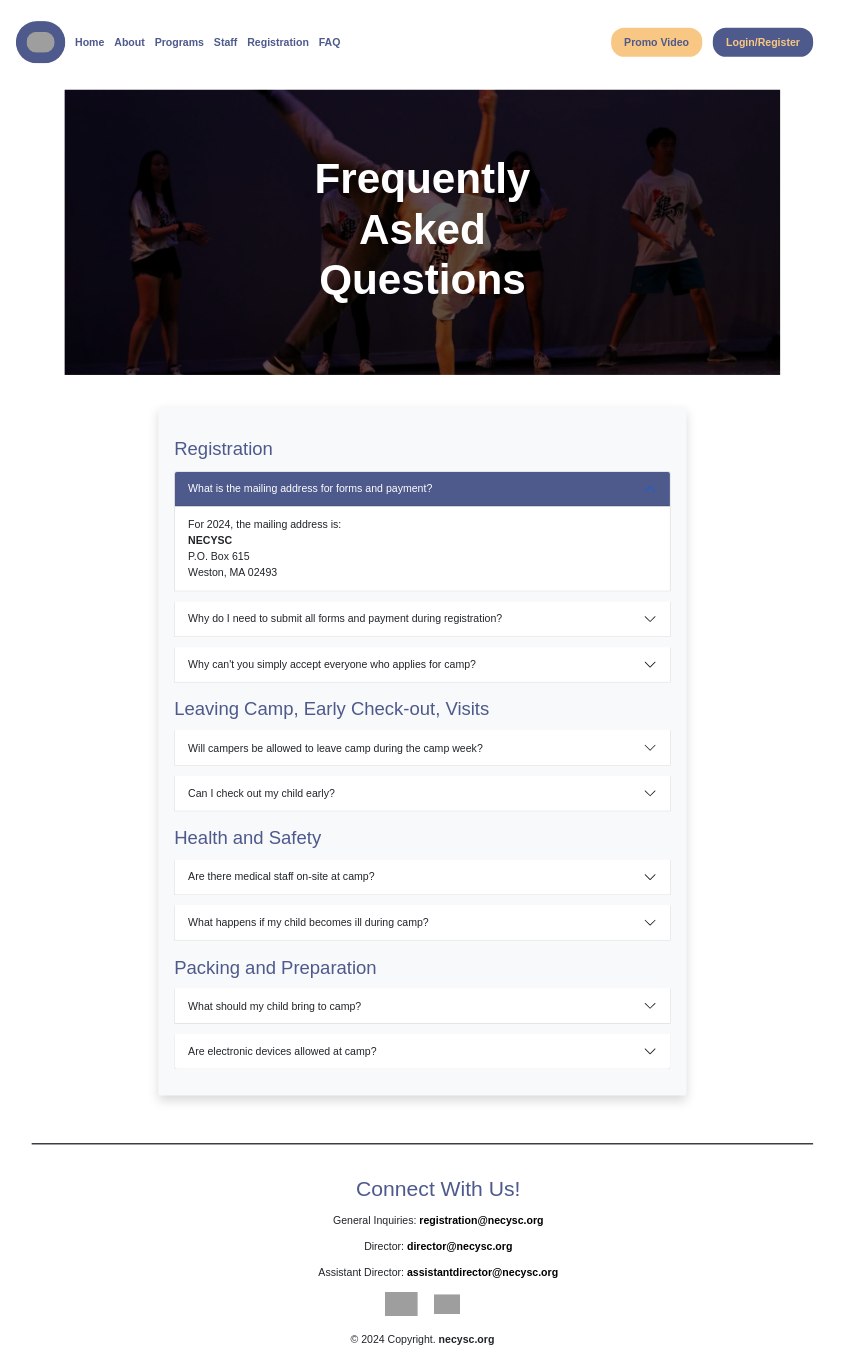
Repository: fullstackatbrown/project-necysc
Page: necysc_app/templates/necysc_app/website/faq.html
The author's editor kept a copy of each file at every save. The page is drawn from the files as they stood at one save, then again after the next save.
The browser window is 1280 px wide. The page is 1292 px wide, so the pictures cover 1292 px, including what lies to the right of the window. The pictures show the whole page, at 66% of full size.
Pictures or frames that could not be fetched are drawn as grey boxes. Some web fonts or font styles are not loaded; a fallback is used. The template is drawn by Django 5.2. The application's start-up code is not run. Other server files are loaded and not shown. The template is opened directly, without the code that normally fills it, so the values that code supplies are empty.

Above is the page before, as saved 2024-12-04 01:41:50.

### necysc_app/templates/necysc_app/website/faq.html
{% extends "necysc_app/base.html" %}
{% load static %}
{% block title %} Frequently Asked Questions {% endblock %}
{% block content %}
<link rel="stylesheet" href="{% static 'necysc_app/staff.css' %}" />
<link rel="stylesheet" href="{% static 'necysc_app/style.css' %}" />
<style>
    .hero-section {
        background-image: url("{% static 'necysc_app/images/faq_banner.jpg' %}");
    }

    h2 {
        color: #4e598c;
    }
</style>


<section>
    <div class="hero-section position-relative overflow-hidden p-3 p-md-5 m-md-3 text-center bg-light">
        <div class="overlay"></div>
        <div class="col-md-6 p-lg-5 mx-auto my-5 position-relative container">
            <h1 class="display-3 fw-bold text-white">Frequently Asked Questions</h1>
        </div>
    </div>
</section>

<div class="accordion container my-5 p-4 shadow rounded-3" id="faqAccordion" style="max-width: 800px; background-color: #f8f9fa;">
    <h2 id="faqregistration" class="faq-subtitle mt-4 mb-3" style="font-size: 1.75rem">Registration</h2>
    <div class="accordion-item mb-3">
        <h2 class="accordion-header" id="headingOne">
            <button class="accordion-button" type="button" data-bs-toggle="collapse" data-bs-target="#collapseOne" aria-expanded="true" aria-controls="collapseOne">
                What is the mailing address for forms and payment?
            </button>
        </h2>
        <div id="collapseOne" class="accordion-collapse collapse show" aria-labelledby="headingOne" data-bs-parent="#faqAccordion">
            <div class="accordion-body">
                For 2024, the mailing address is:<br>
                <strong>NECYSC</strong><br>P.O. Box 615<br>Weston, MA 02493
            </div>
        </div>
    </div>

    <div class="accordion-item mb-3">
        <h2 class="accordion-header" id="headingTwo">
            <button class="accordion-button collapsed" type="button" data-bs-toggle="collapse" data-bs-target="#collapseTwo" aria-expanded="false" aria-controls="collapseTwo">
                Why do I need to submit all forms and payment during registration?
            </button>
        </h2>
        <div id="collapseTwo" class="accordion-collapse collapse" aria-labelledby="headingTwo" data-bs-parent="#faqAccordion">
            <div class="accordion-body">
                With over 350 campers and CITs, our volunteer staff must review every form before camp begins. Therefore, all forms and payment are required during registration. Campers will not be accepted until all required forms and payment are received. If you need an extension due to special circumstances, please contact <a href="mailto:registration@necysc.org">registration@necysc.org</a>.
            </div>
        </div>
    </div>

    <div class="accordion-item mb-3">
        <h2 class="accordion-header" id="headingThree">
            <button class="accordion-button collapsed" type="button" data-bs-toggle="collapse" data-bs-target="#collapseThree" aria-expanded="false" aria-controls="collapseThree">
                Why can't you simply accept everyone who applies for camp?
            </button>
        </h2>
        <div id="collapseThree" class="accordion-collapse collapse" aria-labelledby="headingThree" data-bs-parent="#faqAccordion">
            <div class="accordion-body">
                Factors like room availability, staff-to-camper ratio, and licensing restrictions limit the number of campers we can accept each year.
            </div>
        </div>
    </div>

    <h2 id="faqleavingcamp" class="faq-subtitle mt-4 mb-3" style="font-size: 1.75rem;">Leaving Camp, Early Check-out, Visits</h2>
    <div class="accordion-item mb-3">
        <h2 class="accordion-header" id="headingFour">
            <button class="accordion-button collapsed" type="button" data-bs-toggle="collapse" data-bs-target="#collapseFour" aria-expanded="false" aria-controls="collapseFour">
                Will campers be allowed to leave camp during the camp week?
            </button>
        </h2>
        <div id="collapseFour" class="accordion-collapse collapse" aria-labelledby="headingFour" data-bs-parent="#faqAccordion">
            <div class="accordion-body">
                Campers are not allowed to leave during the camp week for non-emergency appointments (e.g., doctor’s visits, sports practices). Exceptions for unforeseen situations can be discussed with the camp director.
            </div>
        </div>
    </div>

    <div class="accordion-item mb-3">
        <h2 class="accordion-header" id="headingFive">
            <button class="accordion-button collapsed" type="button" data-bs-toggle="collapse" data-bs-target="#collapseFive" aria-expanded="false" aria-controls="collapseFive">
                Can I check out my child early?
            </button>
        </h2>
        <div id="collapseFive" class="accordion-collapse collapse" aria-labelledby="headingFive" data-bs-parent="#faqAccordion">
            <div class="accordion-body">
                Early check-out is discouraged to ensure full participation in closing ceremonies. If necessary, a Request for Early Check-Out form can be completed prior to camp for a designated early check-out time.
            </div>
        </div>
    </div>

    <h2 id="faqhealth" class="faq-subtitle mt-4 mb-3" style="font-size: 1.75rem;">Health and Safety</h2>
    <div class="accordion-item mb-3">
        <h2 class="accordion-header" id="headingSix">
            <button class="accordion-button collapsed" type="button" data-bs-toggle="collapse" data-bs-target="#collapseSix" aria-expanded="false" aria-controls="collapseSix">
                Are there medical staff on-site at camp?
            </button>
        </h2>
        <div id="collapseSix" class="accordion-collapse collapse" aria-labelledby="headingSix" data-bs-parent="#faqAccordion">
            <div class="accordion-body">
                Yes, trained medical staff are available on-site throughout the camp week to handle any medical issues or emergencies.
            </div>
        </div>
    </div>

    <div class="accordion-item mb-3">
        <h2 class="accordion-header" id="headingSeven">
            <button class="accordion-button collapsed" type="button" data-bs-toggle="collapse" data-bs-target="#collapseSeven" aria-expanded="false" aria-controls="collapseSeven">
                What happens if my child becomes ill during camp?
            </button>
        </h2>
        <div id="collapseSeven" class="accordion-collapse collapse" aria-labelledby="headingSeven" data-bs-parent="#faqAccordion">
            <div class="accordion-body">
                If a camper becomes ill, they will be evaluated by medical staff. Parents may be contacted based on the severity of the illness.
            </div>
        </div>
    </div>

    <h2 id="faqpacking" class="faq-subtitle mt-4 mb-3" style="font-size: 1.75rem;">Packing and Preparation</h2>
    <div class="accordion-item mb-3">
        <h2 class="accordion-header" id="headingEight">
            <button class="accordion-button collapsed" type="button" data-bs-toggle="collapse" data-bs-target="#collapseEight" aria-expanded="false" aria-controls="collapseEight">
                What should my child bring to camp?
            </button>
        </h2>
        <div id="collapseEight" class="accordion-collapse collapse" aria-labelledby="headingEight" data-bs-parent="#faqAccordion">
            <div class="accordion-body">
                Campers should bring essentials like clothing, toiletries, a water bottle, and any necessary medication. A detailed packing list will be provided upon registration.
            </div>
        </div>
    </div>

    <div class="accordion-item mb-3">
        <h2 class="accordion-header" id="headingNine">
            <button class="accordion-button collapsed" type="button" data-bs-toggle="collapse" data-bs-target="#collapseNine" aria-expanded="false" aria-controls="collapseNine">
                Are electronic devices allowed at camp?
            </button>
        </h2>
        <div id="collapseNine" class="accordion-collapse collapse" aria-labelledby="headingNine" data-bs-parent="#faqAccordion">
            <div class="accordion-body">
                We encourage campers to leave electronic devices at home to fully immerse in the camp experience. If brought, devices will be collected and securely stored until the end of camp.
            </div>
        </div>
    </div>
</div>



{% endblock %}

### necysc_app/templates/necysc_app/base.html
<!DOCTYPE html>
<html lang="en">
	<!-- Header -->
	{% load static %} {% include 'necysc_app/header.html' %}

	<head>
		<!-- Required meta tags -->
		<meta charset="utf-8" />
		<meta name="viewport" content="width=device-width, initial-scale=1" />

		<!--Bootstrap CSS-->
		<link
			href="https://cdn.jsdelivr.net/npm/bootstrap@5.0.2/dist/css/bootstrap.min.css"
			rel="stylesheet"
			integrity="sha384-EVSTQN3/azprG1Anm3QDgpJLIm9Nao0Yz1ztcQTwFspd3yD65VohhpuuCOmLASjC"
			crossorigin="anonymous"
		/>

		<title>{% block title %} {% endblock %}</title>
		<link rel="preconnect" href="https://fonts.googleapis.com" />
		<link rel="preconnect" href="https://fonts.gstatic.com" crossorigin />
		<link
			href="https://fonts.googleapis.com/css2?family=Roboto+Mono:ital,wght@0,100..700;1,100..700&display=swap"
			rel="stylesheet"
		/>

		<!--global Hind font-->
		<link
			href="https://fonts.googleapis.com/css2?family=Hind:wght@400;500;600&display=swap"
			rel="stylesheet"
		/>
		<style>
			body {
				font-family: "Hind", sans-serif;
			}
		</style>

	</head>

	<body>
		<!-- Navbar -->
		{% include 'necysc_app/navbar.html' %}

		<!-- Content -->
		<div class="container">{% block content %} {% endblock %}</div>

		<!-- Footer -->
		{% include 'necysc_app/footer.html' %}

		<!--Bootstrap JavaScript Plugins-->
		<script
			src="https://cdn.jsdelivr.net/npm/bootstrap@5.0.2/dist/js/bootstrap.bundle.min.js"
			integrity="sha384-MrcW6ZMFYlzcLA8Nl+NtUVF0sA7MsXsP1UyJoMp4YLEuNSfAP+JcXn/tWtIaxVXM"
			crossorigin="anonymous"
		></script>
	</body>
</html>

### necysc_app/templates/necysc_app/header.html
<!-- Header -->
<head>
    <meta charset="UTF-8" />
    <!-- Bootstrap Imports -->
    <link
      href="https://cdn.jsdelivr.net/npm/bootstrap@5.0.2/dist/css/bootstrap.min.css"
      rel="stylesheet"
      integrity="sha384-EVSTQN3/azprG1Anm3QDgpJLIm9Nao0Yz1ztcQTwFspd3yD65VohhpuuCOmLASjC"
      crossorigin="anonymous"
    />
    <link
      href="https://cdn.jsdelivr.net/npm/bootstrap-icons@1.8.1/font/bootstrap-icons.css"
      rel="stylesheet"
    />
    <script
    src="https://cdn.jsdelivr.net/npm/bootstrap@5.0.2/dist/js/bootstrap.bundle.min.js"
    integrity="sha384-MrcW6ZMFYlzcLA8Nl+NtUVF0sA7MsXsP1UyJoMp4YLEuNSfAP+JcXn/tWtIaxVXM"
    crossorigin="anonymous"
    ></script>
    <meta name="viewport" content="width=device-width, initial-scale=1" />
    {% load static %}
    <link href="{% static 'necysc_app/style.css' %}" rel="stylesheet" />
    <link rel="icon" href="{%  static 'necysc_app/images/favicon.ico' %}">
</head>

### necysc_app/templates/necysc_app/footer.html
<!-- Footer -->
<footer class="pt-4" id="contact">
  <div class="ms-5 me-5 mb-5 bg-dark" style="height: 2px;"></div>

  <h2 class="ps-5 mb-3 mt-5 text-center" style="color: #4e598c;">Connect With Us!</h2>
  <p class="ps-5 text-center"> General Inquiries:
    <a href="mailto:registration@necysc.org" style="color: black">registration@necysc.org</a>
  </p>
  <p class="ps-5 text-center"> Director:
    <a href="mailto:registration@necysc.org" style="color: black">director@necysc.org</a>
  </p>
  <p class="ps-5 text-center"> Assistant Director:
    <a href="mailto:registration@necysc.org" style="color: black">assistantdirector@necysc.org</a>
  </p>

  <div class="row text-center align-items-center justify-content-center">
    <div class="col-auto">
        <a href="https://www.instagram.com/NECYSC/" style="display: inline-block;" target="_blank">
            <img src="https://cdn.freebiesupply.com/images/large/2x/instagram-icon-white-on-black.png" alt="Instagram Logo" style="width: 50px; height: auto;">
        </a>
    </div>
    <div class="col-auto">
      <a href="https://www.facebook.com/NECYSC" style="display: inline-block;" target="_blank">
          <img src="https://www.freepnglogos.com/uploads/logo-facebook-png/logo-facebook-facebook-logo-png-transparent-svg-vector-bie-supply-18.png" alt="Facebook Logo" style="width: 40px; height: auto;">
      </a>
    </div>
  </div>


  <!-- Copyright -->
  <div class="container"></div>
  <div class="text-center p-4">
    © 2024 Copyright.
    <a class="text-reset" href="https://necysc.org/">necysc.org</a>
  </div>

</footer>
<!-- Footer -->

### necysc_app/static/necysc_app/style.css
.hero-section {
  position: relative;
  background-size: cover;
  background-position: center;
  background-repeat: no-repeat;
  color: white;
  height: 60vh;
  display: flex;
  align-items: center;
  justify-content: center;
  overflow: hidden;
}

.hero-section .overlay {
  position: absolute;
  top: 0;
  left: 0;
  width: 100%;
  height: 100%;
  background-color: rgba(0, 0, 0, 0.5);
  z-index: 1;
}

.hero-section .position-relative {
  z-index: 2;
}

.btn-purple {
  background-color: #4e598c;
  color: #f9c784;
  transition: all 0.3s ease;
  padding: 10px 20px;
  border-radius: 20px;
  display: inline-block;
  text-align: center;
  text-decoration: none;
  outline: none;
  border: none;
}

.btn-purple:hover {
  background-color: #f9c784;
  color: #ffffff;
}


.accordion-item .accordion-button:not(.collapsed) {
  background-color: #4e598c; /* Darker purple when open */
  color: #ffffff; /* White text for contrast */
}


.menu-toggle {
  display: none;
}

.hamburger {
  display: none;
  font-size: 24px;
  cursor: pointer;
  color: #4e598c;
}


.nav-links {
  display: flex;
  gap: 15px;
}


@media (max-width: 768px) {
  .nav-links {
      display: none;
      flex-direction: column;
      background-color: white;
      position: absolute;
      top: 60px;
      right: 0;
      width: 100%;
      padding: 10px;
      z-index: 1000;
  }

  .menu-toggle:checked + .hamburger + .nav-links {
      display: flex;
  }

  .hamburger {
      display: block;
  }
}

.optional {
  color: gray;
  font-style: italic;
}

.white-link {
  color: #ffffff;
  text-decoration: none;
  transition: color 0.3s ease;
}

.white-link:hover {
  color: #cccccc;
}

.welcome-title {
  color: white;
}

### necysc_app/static/necysc_app/staff.css
.staff-section {
    position: relative;
    background-image: url("./images/fans.png");
    background-size: cover;
    background-position: center;
    background-repeat: no-repeat;
    color: white;
    height: 60vh;
    display: flex;
    align-items: center;
    justify-content: center;
    overflow: hidden;
}

.staff-section .overlay {
    position: absolute;
    top: 0;
    left: 0;
    width: 100%;
    height: 100%;
    background-color: rgba(0, 0, 0, 0.5);
    z-index: 1;
}

.staff-section .position-relative {
    z-index: 2;
}

Loaded but not shown: necysc_app/templates/necysc_app/navbar.html (204 lines, source omitted)

After the next save:
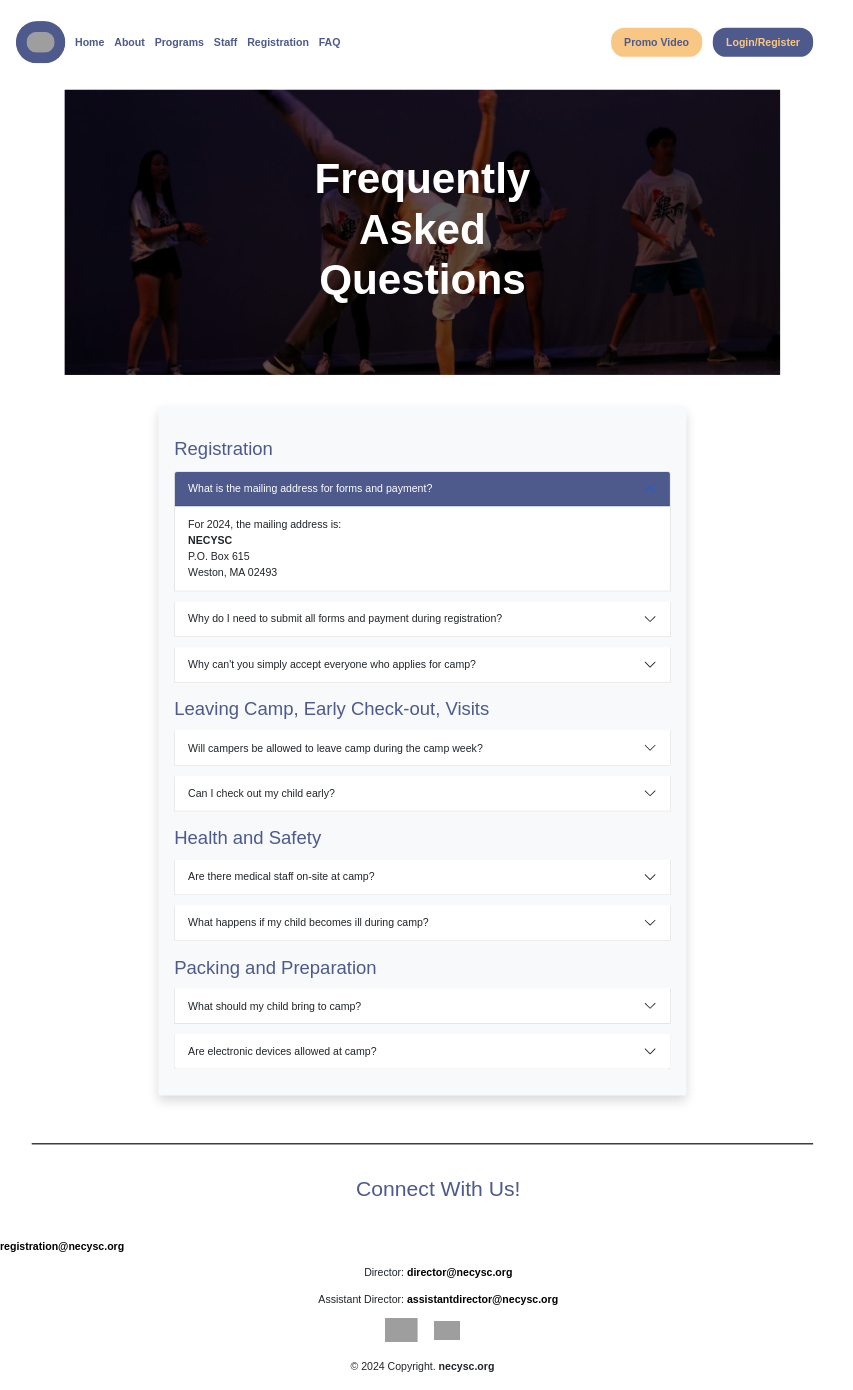
Saved 69 s later.
--- a/necysc_app/templates/necysc_app/footer.html
+++ b/necysc_app/templates/necysc_app/footer.html
@@ -3,7 +3,7 @@
   <div class="ms-5 me-5 mb-5 bg-dark" style="height: 2px;"></div>
 
   <h2 class="ps-5 mb-3 mt-5 text-center" style="color: #4e598c;">Connect With Us!</h2>
-  <p class="ps-5 text-center"> General Inquiries:
+  <p class="ps-5 text-center" style="color: white;">General Inquiries:</p>
     <a href="mailto:registration@necysc.org" style="color: black">registration@necysc.org</a>
   </p>
   <p class="ps-5 text-center"> Director:

After the save that followed:
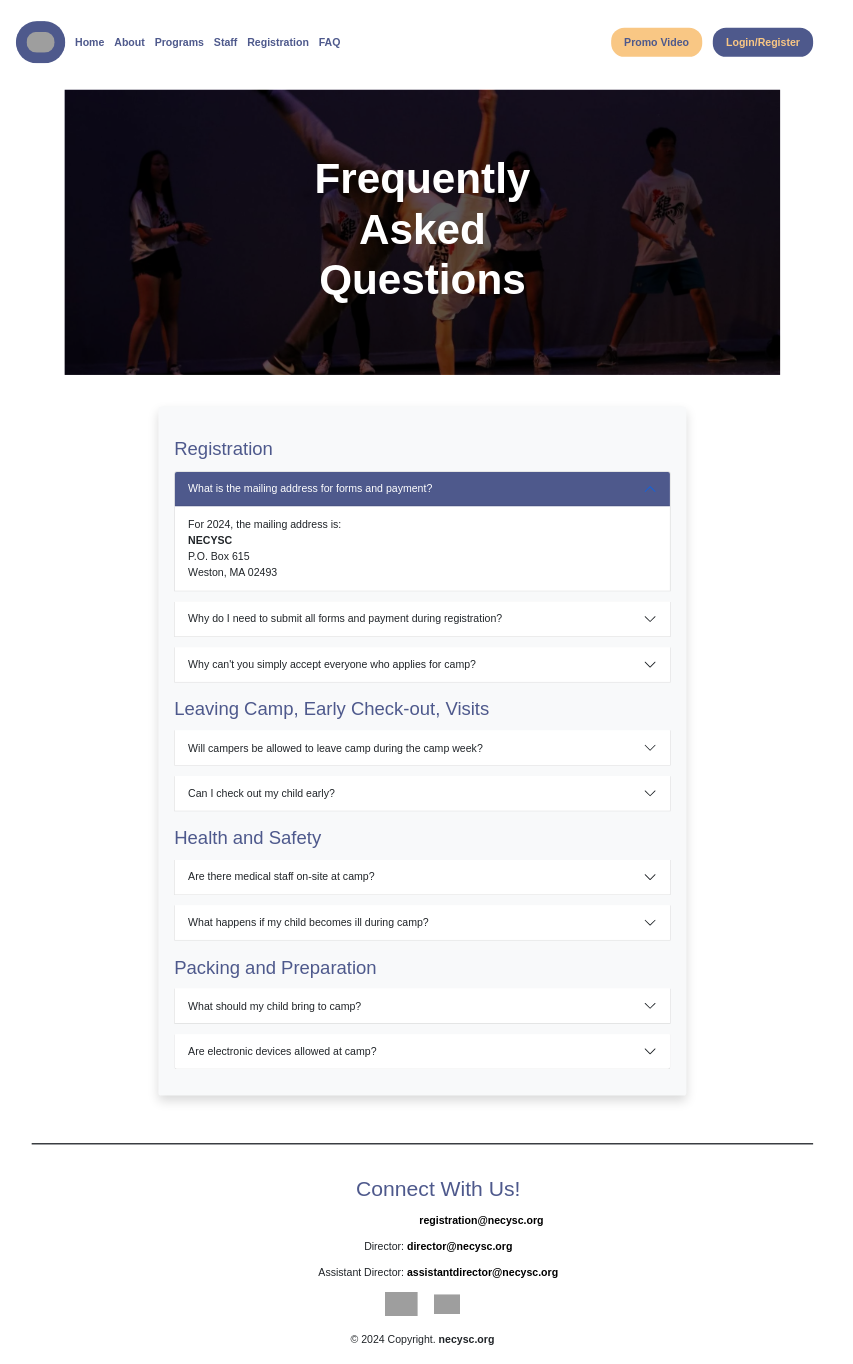
Saved 14 s later.
--- a/necysc_app/templates/necysc_app/footer.html
+++ b/necysc_app/templates/necysc_app/footer.html
@@ -3,7 +3,7 @@
   <div class="ms-5 me-5 mb-5 bg-dark" style="height: 2px;"></div>
 
   <h2 class="ps-5 mb-3 mt-5 text-center" style="color: #4e598c;">Connect With Us!</h2>
-  <p class="ps-5 text-center" style="color: white;">General Inquiries:</p>
+  <p class="ps-5 text-center" style="color: white;">General Inquiries:
     <a href="mailto:registration@necysc.org" style="color: black">registration@necysc.org</a>
   </p>
   <p class="ps-5 text-center"> Director:
